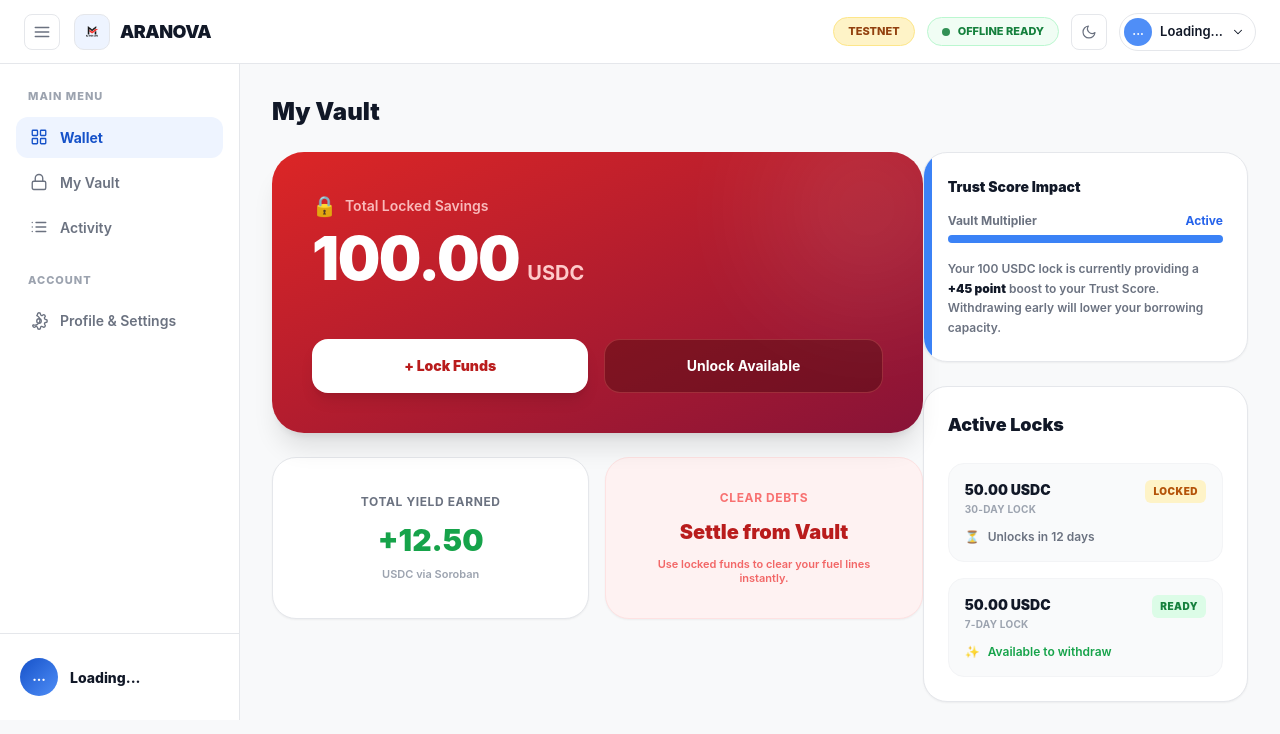
Repository: zneright/aranova
Page: /user/vault (app in aranova-frontend/)
An editor plug-in stored every save of this project. The page is shown before and after the next save, followed by the edit.
The browser window is 1280 px wide. The pictures show the whole page.
The project was rebuilt for these pictures with package versions that can differ from the ones it lists, and the page was loaded fresh each time. Also part of the build but not shown: aranova-frontend/vite.config.ts, aranova-frontend/src/pages/Landingpage.tsx, aranova-frontend/src/pages/Auth.tsx, aranova-frontend/src/components/layout/AdminLayout.tsx, aranova-frontend/src/pages/admin/AdminDashboard.tsx, aranova-frontend/src/pages/user/UserDashboard.tsx, aranova-frontend/src/pages/user/UserActivity.tsx, aranova-frontend/src/pages/user/UserSettings.tsx.

Above is the page before, as saved 2026-06-28 21:05:38.

After the next save:
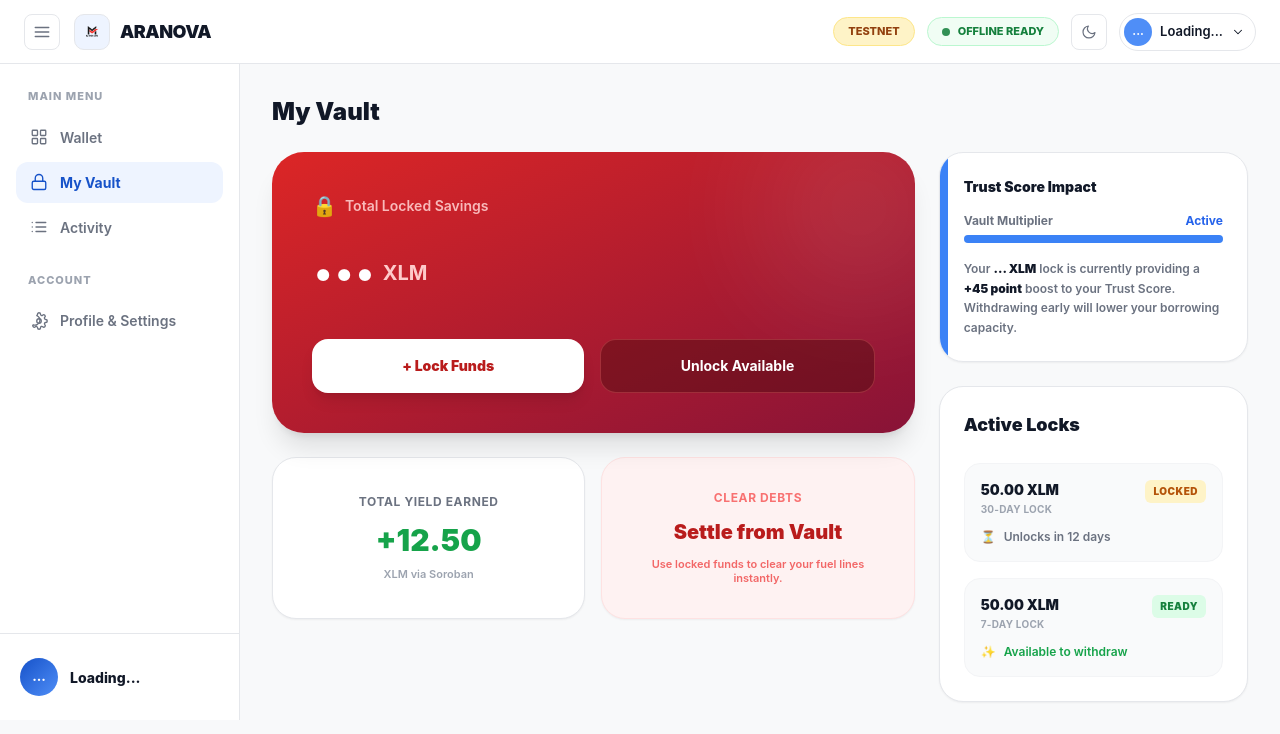
Saved 8 s later.
--- a/aranova-frontend/src/pages/user/UserVault.tsx
+++ b/aranova-frontend/src/pages/user/UserVault.tsx
@@ -1,9 +1,45 @@
-import React from "react";
+import React, { useState, useEffect } from "react";
+import { doc, getDoc } from "firebase/firestore";
+import { auth, db } from "../../firebase/config";
 import UserLayout from "../../components/layout/UserLayout";
 
 const UserVault = () => {
+  const [userData, setUserData] = useState<any>(null);
+  const [balance, setBalance] = useState("...");
+
+  useEffect(() => {
+    const fetchUserAndBalance = async () => {
+      if (!auth.currentUser) return;
+      const userDoc = await getDoc(doc(db, "users", auth.currentUser.uid));
+      if (!userDoc.exists()) return;
+
+      const data = userDoc.data();
+      setUserData(data);
+
+      if (data.publicKey) {
+        const networkUrl = data.network === "PUBLIC"
+          ? "https://horizon.stellar.org"
+          : "https://horizon-testnet.stellar.org";
+
+        fetch(`${networkUrl}/accounts/${data.publicKey}`)
+          .then(res => res.json())
+          .then(resData => {
+            if (resData.balances) {
+              const xlm = resData.balances.find((b: any) => b.asset_type === 'native');
+              setBalance(xlm ? parseFloat(xlm.balance).toFixed(2) : "0.00");
+            } else {
+              setBalance("0.00");
+            }
+          })
+          .catch(() => setBalance("0.00"));
+      }
+    };
+
+    fetchUserAndBalance();
+  }, []);
+
   return (
-    <UserLayout>
+    <UserLayout activeTab="vault" userData={userData}>
       <div className="max-w-5xl mx-auto space-y-6">
 
         {/* Header Area & Mobile Offline Badge */}
@@ -21,7 +57,7 @@ const UserVault = () => {
         </div>
 
         {/* Responsive Grid Layout */}
-        <div className="grid grid-cols-1 lg:grid-cols-3 gap-6w">
+        <div className="grid grid-cols-1 lg:grid-cols-3 gap-6">
 
           <div className="lg:col-span-2 space-y-6">
 
@@ -36,12 +72,12 @@ const UserVault = () => {
                 </p>
               </div>
 
-              <div className="flex items-baseline gap-2 mb-8 sm:mb-12">
-                <h2 className="text-5xl md:text-6xl font-black tracking-tight">100.00</h2>
-                <span className="text-xl font-bold text-red-200 mb-1">USDC</span>
+              <div className="flex items-baseline gap-2 mb-8 sm:mb-12 relative z-10">
+                <h2 className="text-5xl md:text-6xl font-black tracking-tight">{balance}</h2>
+                <span className="text-xl font-bold text-red-200 mb-1">XLM</span>
               </div>
 
-              <div className="flex flex-col sm:flex-row gap-4">
+              <div className="flex flex-col sm:flex-row gap-4 relative z-10">
                 <button className="flex-1 bg-white text-red-700 py-4 rounded-2xl font-black text-sm shadow-lg hover:bg-gray-50 active:scale-95 transition-all">
                   + Lock Funds
                 </button>
@@ -56,7 +92,7 @@ const UserVault = () => {
               <div className="bg-white p-6 sm:p-8 rounded-3xl border border-[#E5E7EB] shadow-sm flex flex-col items-center justify-center gap-2 text-center">
                 <p className="text-xs font-bold text-gray-500 uppercase tracking-wider mb-1">Total Yield Earned</p>
                 <h3 className="text-3xl font-black text-green-600">+12.50</h3>
-                <p className="text-[11px] font-semibold text-gray-400">USDC via Soroban</p>
+                <p className="text-[11px] font-semibold text-gray-400">XLM via Soroban</p>
               </div>
 
               <div className="bg-[#FEF2F2] p-6 sm:p-8 rounded-3xl border border-red-100 shadow-sm flex flex-col items-center justify-center gap-2 text-center cursor-pointer hover:bg-red-50 transition-colors">
@@ -87,7 +123,7 @@ const UserVault = () => {
                 </div>
 
                 <p className="text-xs font-semibold text-gray-500 leading-relaxed">
-                  Your 100 USDC lock is currently providing a <strong className="text-gray-900">+45 point</strong> boost to your Trust Score. Withdrawing early will lower your borrowing capacity.
+                  Your <strong className="text-gray-900">{balance} XLM</strong> lock is currently providing a <strong className="text-gray-900">+45 point</strong> boost to your Trust Score. Withdrawing early will lower your borrowing capacity.
                 </p>
               </div>
             </div>
@@ -104,7 +140,7 @@ const UserVault = () => {
                 <div className="p-4 rounded-2xl bg-gray-50 border border-gray-100">
                   <div className="flex justify-between items-start mb-3">
                     <div>
-                      <p className="font-black text-gray-900 text-sm">50.00 USDC</p>
+                      <p className="font-black text-gray-900 text-sm">50.00 XLM</p>
                       <p className="text-[10px] font-bold text-gray-400 mt-0.5 uppercase tracking-wide">30-Day Lock</p>
                     </div>
                     <span className="bg-amber-100 text-amber-700 text-[10px] font-black px-2 py-1 rounded-md uppercase tracking-wider">
@@ -120,7 +156,7 @@ const UserVault = () => {
                 <div className="p-4 rounded-2xl bg-gray-50 border border-gray-100">
                   <div className="flex justify-between items-start mb-3">
                     <div>
-                      <p className="font-black text-gray-900 text-sm">50.00 USDC</p>
+                      <p className="font-black text-gray-900 text-sm">50.00 XLM</p>
                       <p className="text-[10px] font-bold text-gray-400 mt-0.5 uppercase tracking-wide">7-Day Lock</p>
                     </div>
                     <span className="bg-green-100 text-green-700 text-[10px] font-black px-2 py-1 rounded-md uppercase tracking-wider">
